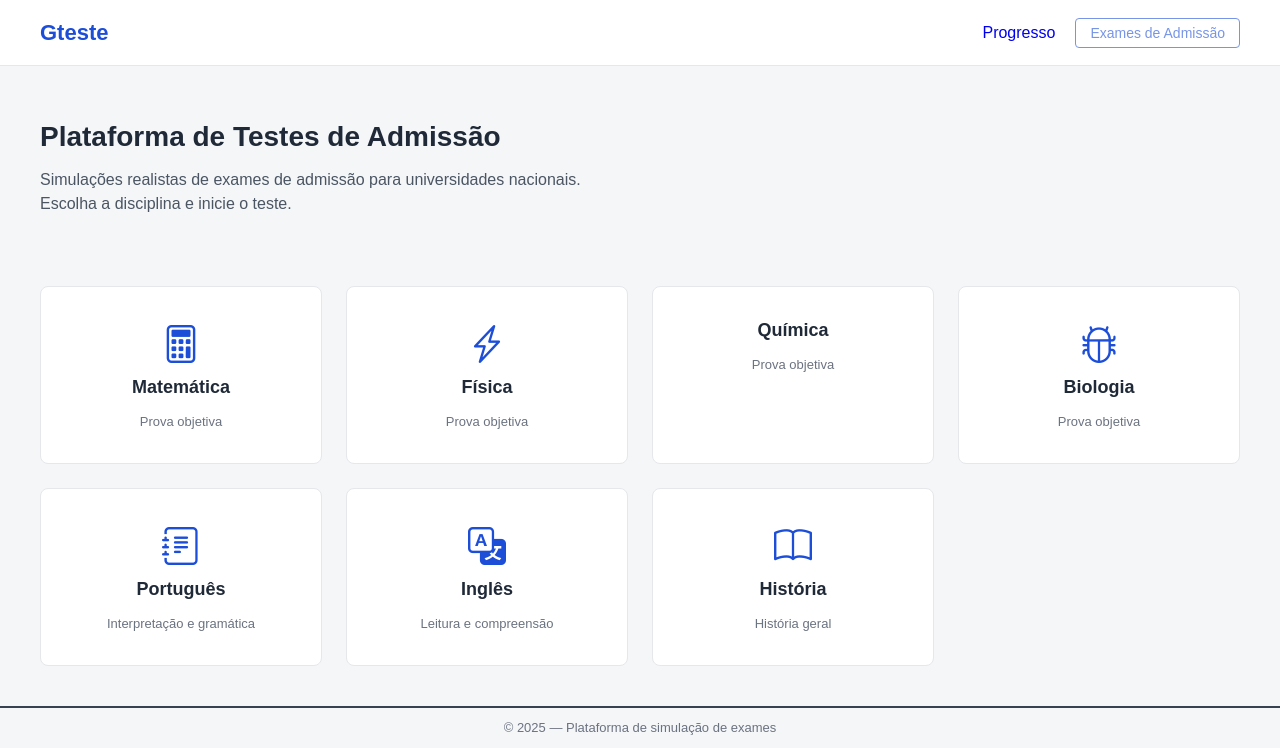
Repository: juvencio009/infratech-web
Page: index.html
The author's editor kept a copy of each file at every save. The page is drawn from the files as they stood at one save, then again after the next save.
The browser window is 1280 px wide. The pictures show the whole page.

Above is the page before, as saved 2025-12-18 00:29:16.

### index.html
<!DOCTYPE html>
<html lang="pt">
<head>
  <meta charset="UTF-8">
  <title>Gteste | Exames de Admissão</title>

  <!-- Bootstrap Icons -->
  <link
    href="https://cdn.jsdelivr.net/npm/bootstrap-icons@1.11.3/font/bootstrap-icons.css"
    rel="stylesheet"
  >

 <link rel="stylesheet" href="css/style.css">
</head>
<body>

  <!-- HEADER -->
  <header>
    <div class="logo">Gteste</div>
    <div class="header-actions" style='display:flex;align-items:center;gap:20px;text-decoration:none;list-style:none'>
      <!-- futuro: login -->
	<li><a href='progress.html' style='text-decoration:none'>Progresso</a></li>
      <button disabled>Exames de Admissão</button>
    </div>
  </header>

  <!-- HERO -->
  <section class="hero">
    <h1>Plataforma de Testes de Admissão</h1>
    <p>
      Simulações realistas de exames de admissão para universidades nacionais.
      Escolha a disciplina e inicie o teste.
    </p>
  </section>

  <!-- DISCIPLINAS -->
  <section class="grid">

    <div class="card" onclick="openQuiz('maths')">
      <i class="bi bi-calculator"></i>
      <h3>Matemática</h3>
      <span>Prova objetiva</span>
    </div>

    <div class="card" onclick="openQuiz('fisica')">
      <i class="bi bi-lightning-charge"></i>
      <h3>Física</h3>
      <span>Prova objetiva</span>
    </div>

    <div class="card" onclick="openQuiz('quimica')">
      <i class="bi bi-tech"></i>
      <h3>Química</h3>
      <span>Prova objetiva</span>
    </div>

    <div class="card" onclick="openQuiz('biologia')">
      <i class="bi bi-bug"></i>
      <h3>Biologia</h3>
      <span>Prova objetiva</span>
    </div>

    <div class="card" onclick="openQuiz('portugues')">
      <i class="bi bi-journal-text"></i>
      <h3>Português</h3>
      <span>Interpretação e gramática</span>
    </div>

    <div class="card" onclick="openQuiz('ingles')">
      <i class="bi bi-translate"></i>
      <h3>Inglês</h3>
      <span>Leitura e compreensão</span>
    </div>

    <div class="card" onclick="openQuiz('historia')">
      <i class="bi bi-book"></i>
      <h3>História</h3>
      <span>História geral</span>
    </div>

  </section>

  <footer>
    © <span id="year" on></span> <a href="http://infratech-cursos.netlify.app" target="_blank" rel="noopener noreferrer"></a> — Plataforma de simulação de exames
  </footer>

  <script>
    function openQuiz(disciplina) {
      window.location.href = `quiz.html?disciplina=${disciplina}`;
    }
    function loadYear(){
      return new Date().getFullYear();
    }
    document.getElementById('year').textContent=loadYear()
  </script>
</body>
</html>

### css/style.css
/* ===============================
   RESET & BASE
================================ */

* {
  box-sizing: border-box;
  margin: 0;
  padding: 0;
  font-family: Arial, Helvetica, sans-serif;
}

body {
  background: #f4f6f8;
  color: #1f2937;
  line-height: 1.5;
}

/* ===============================
   HEADER
================================ */

header {
  background: #ffffff;
  border-bottom: 1px solid #e5e7eb;
  padding: 16px 40px;
  display: flex;
  align-items: center;
  justify-content: space-between;
}

.logo {
  font-size: 22px;
  font-weight: bold;
  color: #1d4ed8;
  cursor: pointer;
}

.header-actions button {
  background: transparent;
  border: 1px solid #1d4ed8;
  color: #1d4ed8;
  padding: 6px 14px;
  border-radius: 4px;
  cursor: pointer;
  font-size: 14px;
}

.header-actions button:disabled {
  opacity: 0.6;
  cursor: default;
}

/* ===============================
   HERO / INTRO (INDEX)
================================ */

.hero {
  padding: 50px 40px 30px;
}

.hero h1 {
  font-size: 28px;
  margin-bottom: 10px;
}

.hero p {
  color: #4b5563;
  max-width: 600px;
}

/* ===============================
   GRID DE DISCIPLINAS
================================ */

.grid {
  padding: 40px;
  display: grid;
  grid-template-columns: repeat(auto-fit, minmax(230px, 1fr));
  gap: 24px;
}

.card {
  background: #ffffff;
  border-radius: 8px;
  padding: 30px 20px;
  text-align: center;
  border: 1px solid #e5e7eb;
  cursor: pointer;
  transition: 0.2s ease;
}

.card:hover {
  transform: translateY(-4px);
  box-shadow: 0 6px 20px rgba(0, 0, 0, 0.08);
}

.card i {
  font-size: 38px;
  color: #1d4ed8;
  margin-bottom: 14px;
}

.card h3 {
  font-size: 18px;
  margin-bottom: 8px;
}

.card span {
  font-size: 13px;
  color: #6b7280;
}

/* ===============================
   MAIN (QUIZ)
================================ */

main {
  max-width: 720px;
  margin: 40px auto;
  background: #ffffff;
  border-radius: 8px;
  border: 1px solid #e5e7eb;
  padding: 30px;
}

.subtitle {
  color: #6b7280;
  margin-bottom: 20px;
  font-size: 14px;
}

/* ===============================
   INTRO DO QUIZ
================================ */

#intro ul {
  margin: 20px 0;
  padding-left: 18px;
  color: #374151;
}

#intro li {
  margin-bottom: 8px;
  font-size: 14px;
}

#intro i {
  color: #dc2626;
  margin-right: 6px;
}

/* ===============================
   BOTÕES
================================ */

button {
  background: #1d4ed8;
  color: #ffffff;
  border: none;
  padding: 10px 20px;
  border-radius: 4px;
  cursor: pointer;
  font-size: 14px;
}

button:hover {
  background: #1e40af;
}

/* ===============================
   QUESTÕES
================================ */

.question-number {
  font-size: 13px;
  color: #6b7280;
  margin-bottom: 6px;
}

.question-text {
  font-size: 17px;
  margin-bottom: 20px;
}

/* ===============================
   OPÇÕES DE RESPOSTA
================================ */

.option {
  border: 1px solid #e5e7eb;
  border-radius: 4px;
  padding: 10px 12px;
  margin-bottom: 10px;
  cursor: pointer;
  transition: 0.15s;
  display: flex;
  gap: 10px;
  align-items: center;
}

.option:hover {
  background: #f9fafb;
}

.option input {
  cursor: pointer;
}

/* ===============================
   AÇÕES
================================ */

.actions {
  margin-top: 20px;
  display: flex;
  justify-content: flex-end;
}

/* ===============================
   RESULTADO
================================ */

#resultado {
  text-align: center;
}

.score {
  font-size: 28px;
  margin: 20px 0;
  color: #1d4ed8;
}

.status {
  font-size: 16px;
  font-weight: bold;
}

/* ===============================
   FOOTER
================================ */

footer {
  text-align: center;
  padding: 20px;
  font-size: 13px;
  color: #6b7280;
  padding: 10px 12px;
  width: 100%;
  border-top: 2px solid #374151;
  background: #;

}

/* ===============================
   UTILIDADES
================================ */

.hidden {
  display: none;
}

/* ===============================
   RESPONSIVO
================================ */

@media (max-width: 600px) {
  header {
    padding: 14px 20px;
  }

  .hero,
  .grid {
    padding: 20px;
  }

  main {
    margin: 20px;
    padding: 20px;
  }
}

After the next save:
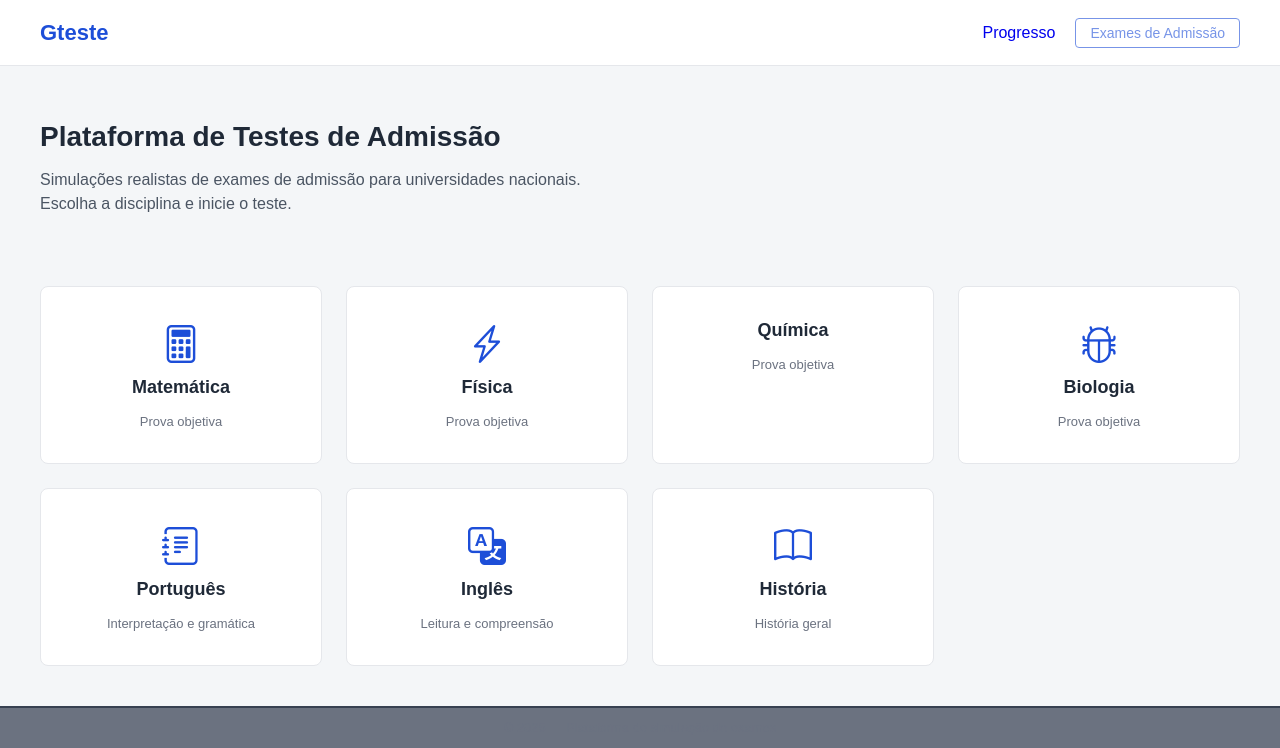
Saved 4 s later.
--- a/css/style.css
+++ b/css/style.css
@@ -247,7 +247,7 @@ footer {
   padding: 10px 12px;
   width: 100%;
   border-top: 2px solid #374151;
-  background: #;
+  background: #6b7280;
 
 }
 
